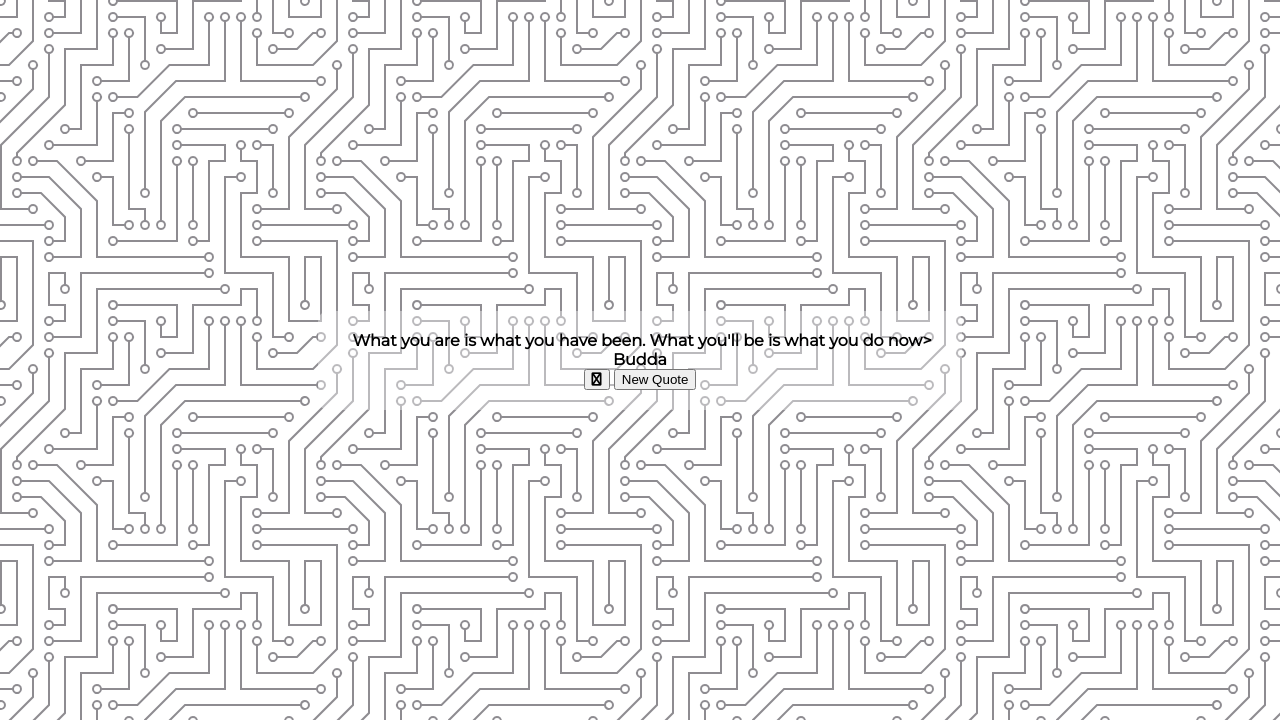
Repository: davidwood3/test-template
Page: .vscode/quote-generator/index.html
These files come from the project's save history. The page is drawn as it stood at one moment and after the next save; the edit follows.
The browser window is 1280 px wide. The pictures show the whole page.
Some icons come from a web library that is not loaded, so they are not drawn. Some web libraries are served in a nearby version.

Above is the page before, as saved 2023-07-25 19:29:52.
Console error: SyntaxError: Unexpected token '<'

### .vscode/quote-generator/index.html
<!DOCTYPE html>
<html lang="en">
<head>
    <meta charset="UTF-8">
    <meta name="viewport" content="width=device-width, initial-scale=1.0">
    <title>Quote Gererator</title>

    <script src="https://kit.fontawesome.com/f13702c793.js" crossorigin="anonymous"></script>

    <link rel="stylesheet" href="style.css"
</head>
<body>
   <div class="quote-container" id="quote-container">
    <!-- Quote -->
    <div class="quote-text">
        <i class="fas fa-quote-text"></i>
        <span id="quote">What you are is what you have been. What you'll be is what you do now></span>
    </div>
    <!-- Author -->
    <div class="quote-author">
        <span id="author">Budda</span>
    </div>
    <!-- Buttons -->
    <div class="button-container">
        <button class="twitter-button" id="twitter" title="Tweet This!">
            <i class="fas fa-twitter"></i>
        </button>
        <button id="new-quote">New Quote</button>
    </div>
</div>

    <!-- Script  -->
   <script src="script.js"></script>
</body>
</html>

### .vscode/quote-generator/style.css
@import url('https://fonts.googleapis.com/css2?family=Montserrat&display=swap');

html {
    box-sizing: border-box;
}

body {
    margin: 0;
    min-height: 100vh;
    background-color: #ffffff;
    background-image: url("data:[embedded picture, 5330 characters]");
    color: #000;
    font-family: Montserrat, sans-serif;
    font-weight: 700;
    text-align: center;
    display: flex;
    align-items: center;
    justify-content: center;
}

.quote-container {
    width: auto;
    max-width: 900px;
    padding: 20px 30px;
    border-radius: 10px;
    background-color: rgba(255, 255, 255, 0.4);
    box-shadow: 0 10px 10px 10px rgba(0, 0, 0, 0);
}

    )
    )

### .vscode/quote-generator/script.js
<!DOCTYPE html>

After the next save:
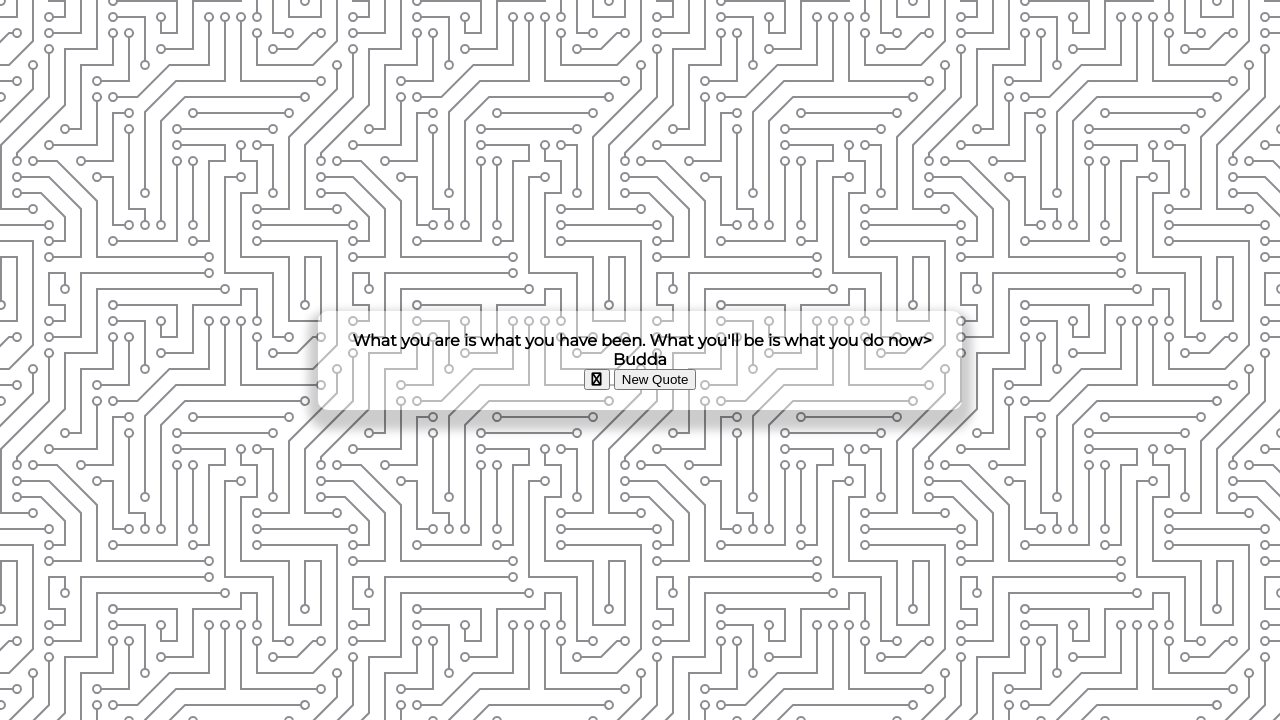
Saved 4 min 43 s later.
--- a/.vscode/quote-generator/style.css
+++ b/.vscode/quote-generator/style.css
@@ -24,8 +24,5 @@ body {
     padding: 20px 30px;
     border-radius: 10px;
     background-color: rgba(255, 255, 255, 0.4);
-    box-shadow: 0 10px 10px 10px rgba(0, 0, 0, 0);
+    box-shadow: 0 10px 10px 10px rgba(0, 0, 0, 0.2);
 }
-
-    )
-    )
